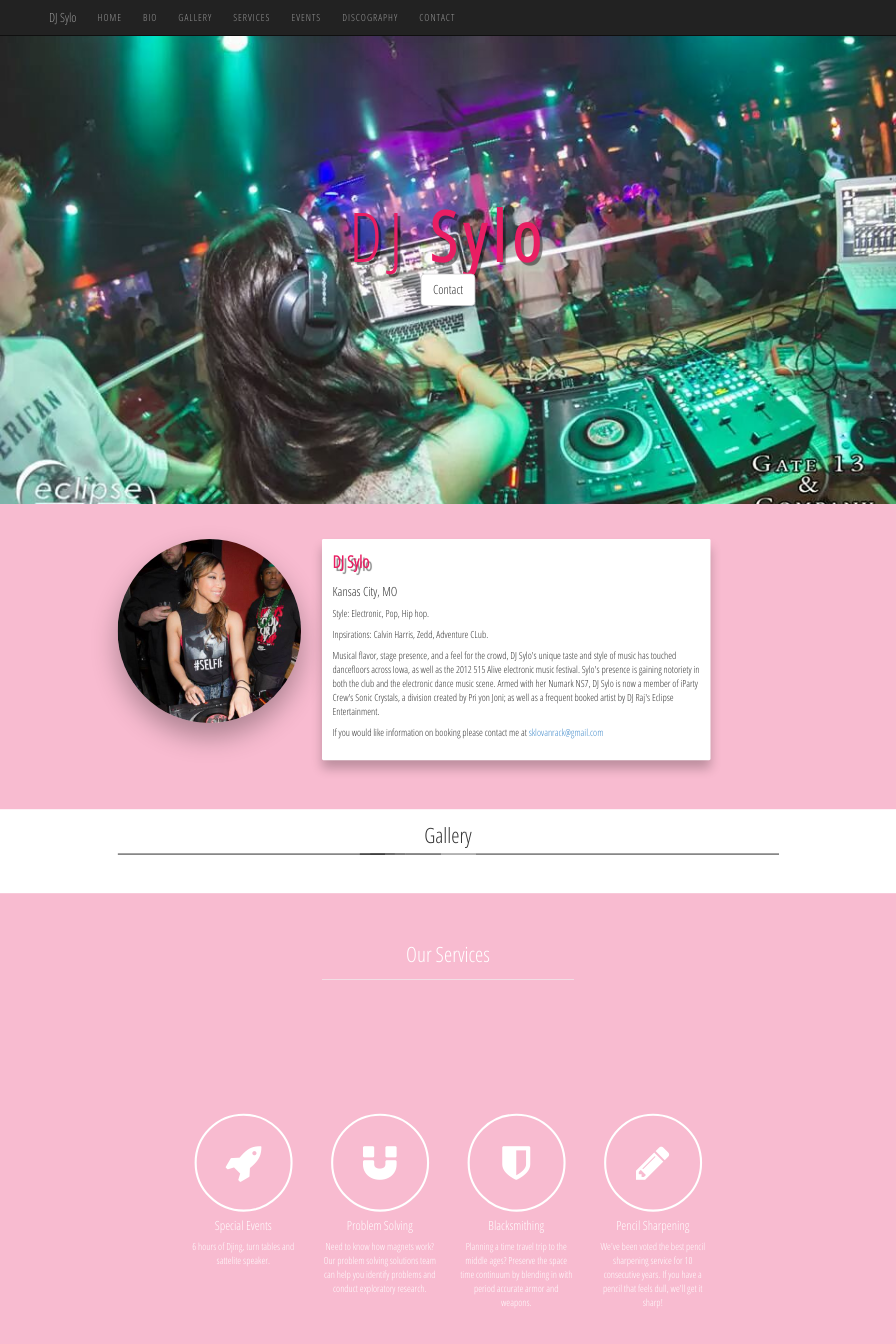
Repository: BambooXLotus/DjSylo
Page: client/index.html
The author's editor kept a record of every edit. The page is drawn from the files as they stood at one moment, then again after the next edit.
The browser window is 1280 px wide. The pictures show the part of the page from y = 0 to 1920 px (the page is 4340 px tall), at 70% of full size.
Pictures or frames that could not be fetched are drawn as grey boxes. Some icons come from a web library that is not loaded, so they are not drawn. Backgrounds fixed to the window are drawn as part of the page. Some web libraries are served in a nearby version.

Above is the page before.

After the next edit:
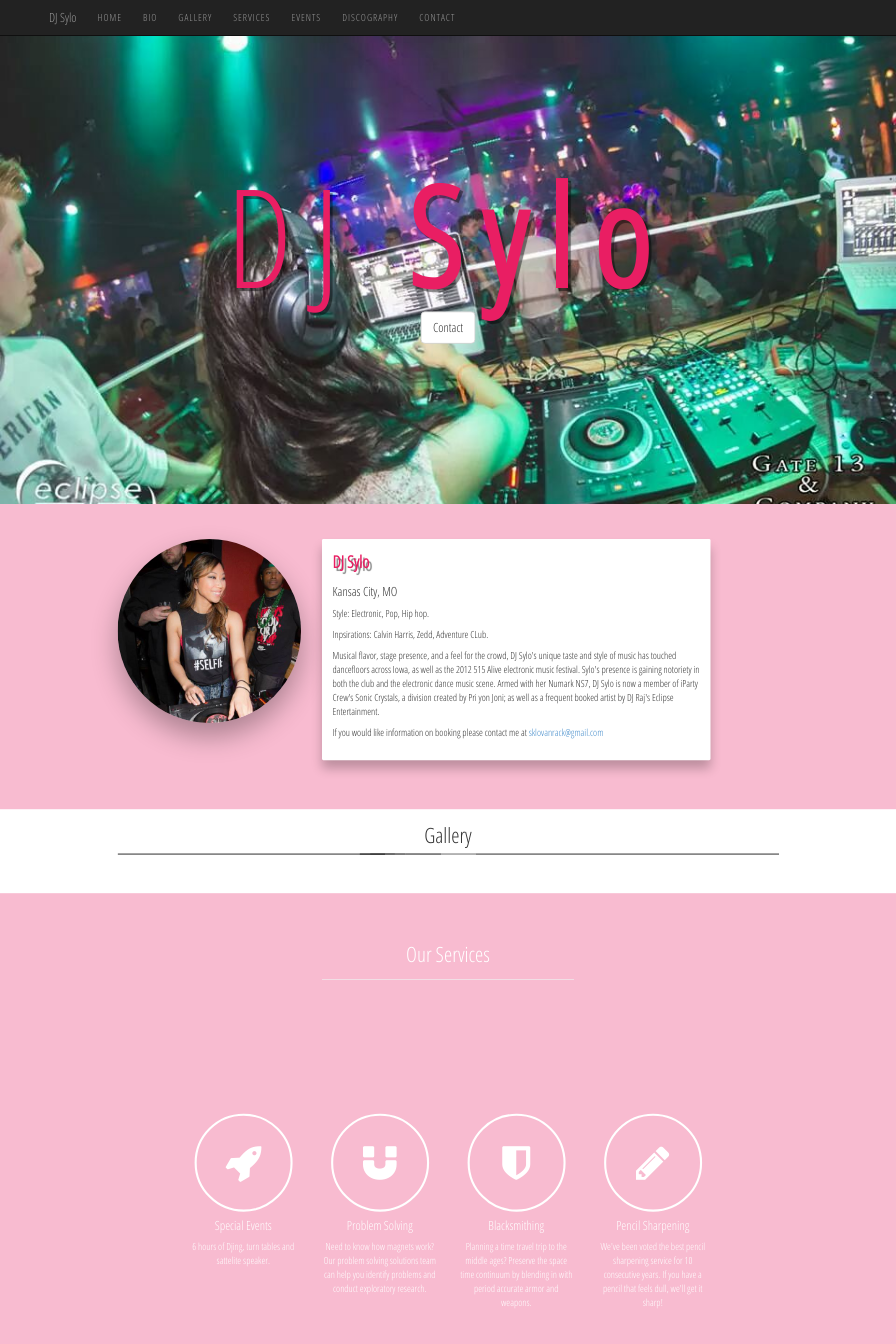
The edit:
--- a/client/css/stylish-portfolio.css
+++ b/client/css/stylish-portfolio.css
@@ -26,8 +26,8 @@
   margin: 0;
   font-size: 4.5em;
   font-weight: 300;
-  letter-spacing: .1em;
-  font-size: 7em;
+  letter-spacing: .15em;
+  font-size: 14em;
 }
 /* Side Menu */
 .nav{
